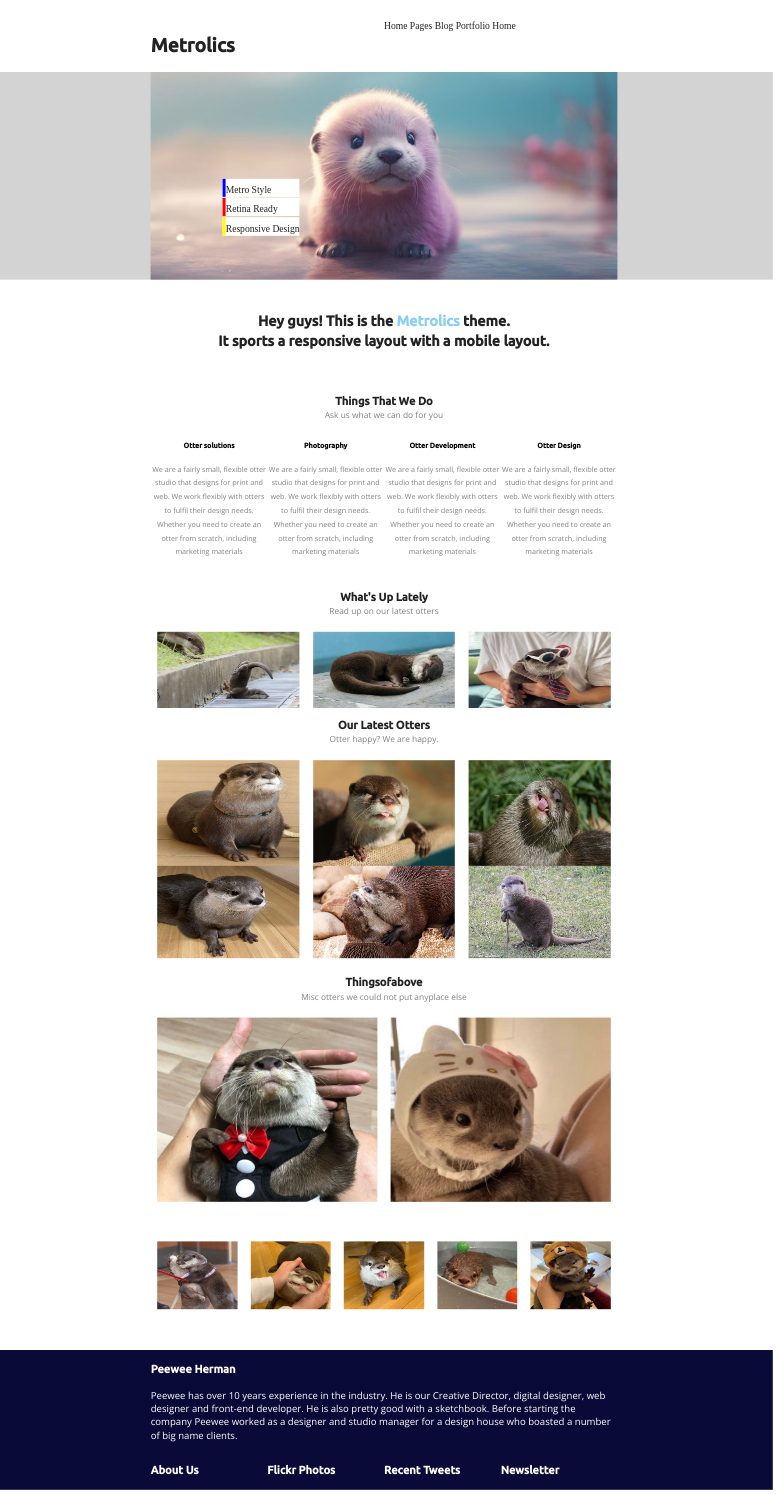
Repository: kennyharman/Marlowe_Kenny_Lab_02B
Page: index.html
An editor plug-in stored every save of this project. The page is shown before and after the next save, followed by the edit.
The browser window is 1280 px wide. The page is 1296 px wide, so the pictures cover 1296 px, including what lies to the right of the window. The pictures show the whole page, at 60% of full size.

Above is the page before, as saved 2024-02-08 18:24:08.

After the next save:
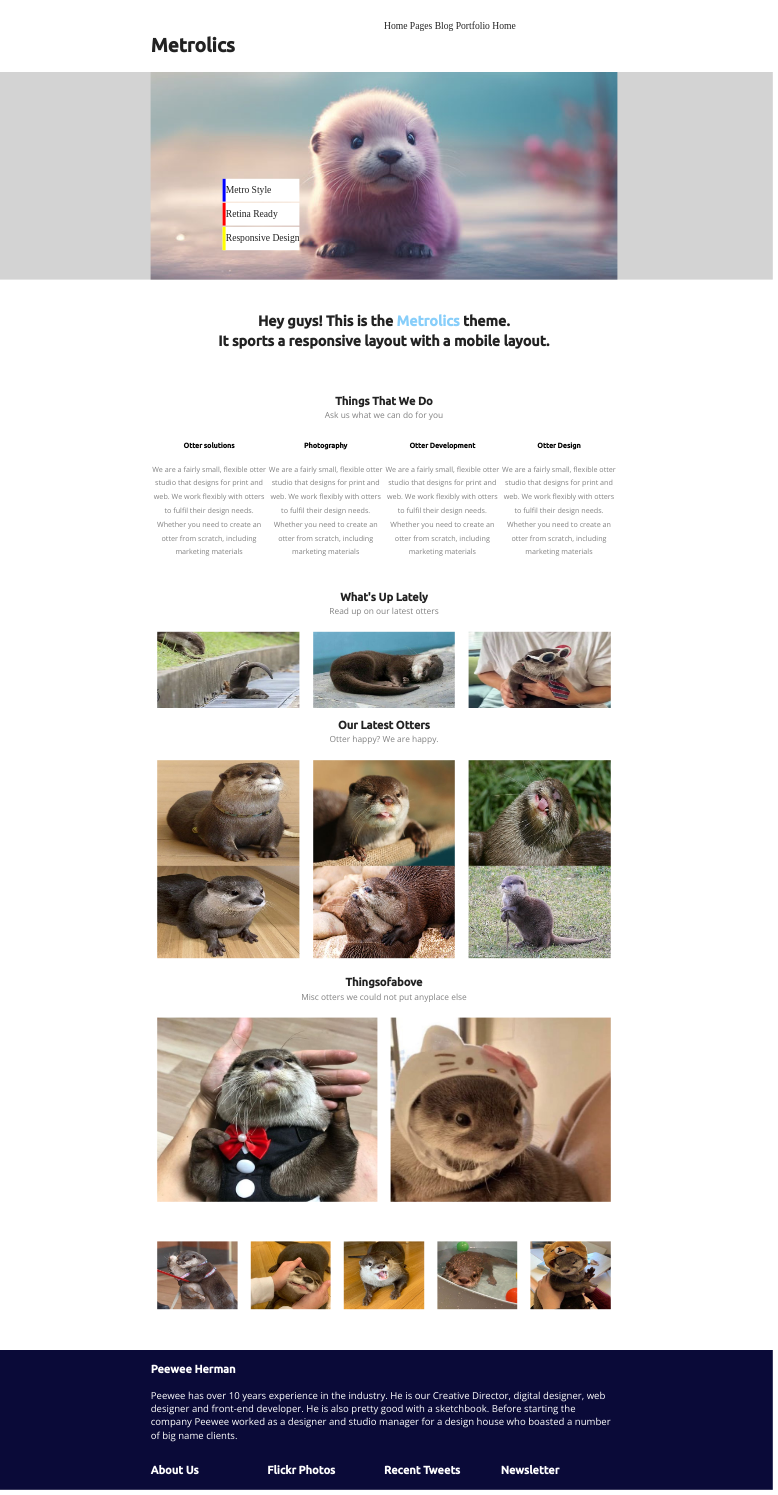
Saved 12 s later.
--- a/css/style.css
+++ b/css/style.css
@@ -319,7 +319,7 @@ p {
   background-color: white;
   margin-top: 2px;
   padding-top: 0.5rem;
-  padding-top: 0.5rem;
+  padding-bottom: 0.5rem;
 }
 
 .listed-items li:nth-child(1) {
